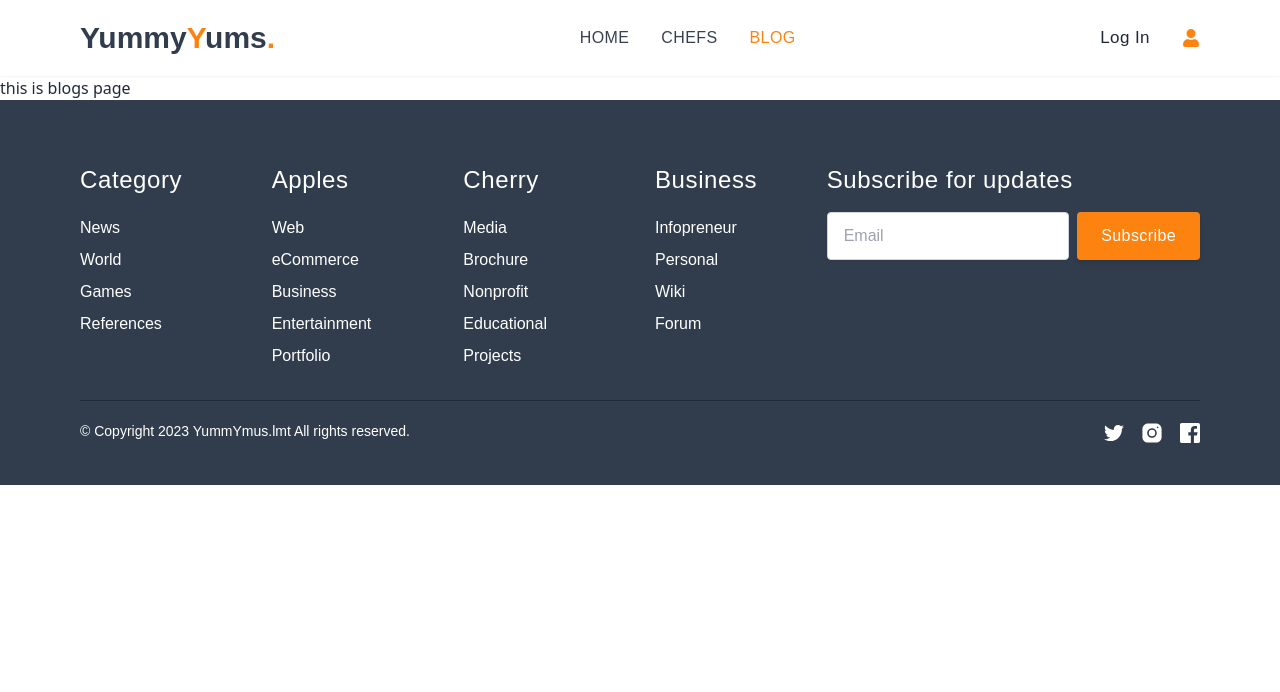
Repository: mdrubel02/yummy-yums-client
Page: /blog
The author's editor kept a copy of each file at every save. The page is drawn from the files as they stood at one save, then again after the next save.
The browser window is 1280 px wide. The pictures show the whole page.
The project was rebuilt for these pictures with package versions that can differ from the ones it lists, and the page was loaded fresh each time. Also part of the build but not shown: vite.config.js, src/Pages/Home/BannerItem.jsx, src/Pages/Home/Banner.jsx, src/Shared/SectionTitle/SectionTitle.jsx, src/Pages/Chefs/Chef.jsx, src/Pages/Chefs/Chefs.jsx, src/Pages/Home/categories.jsx, src/Pages/Home/Activities.jsx and 13 more.

Above is the page before, as saved 2023-05-04 21:00:18.

After the next save:
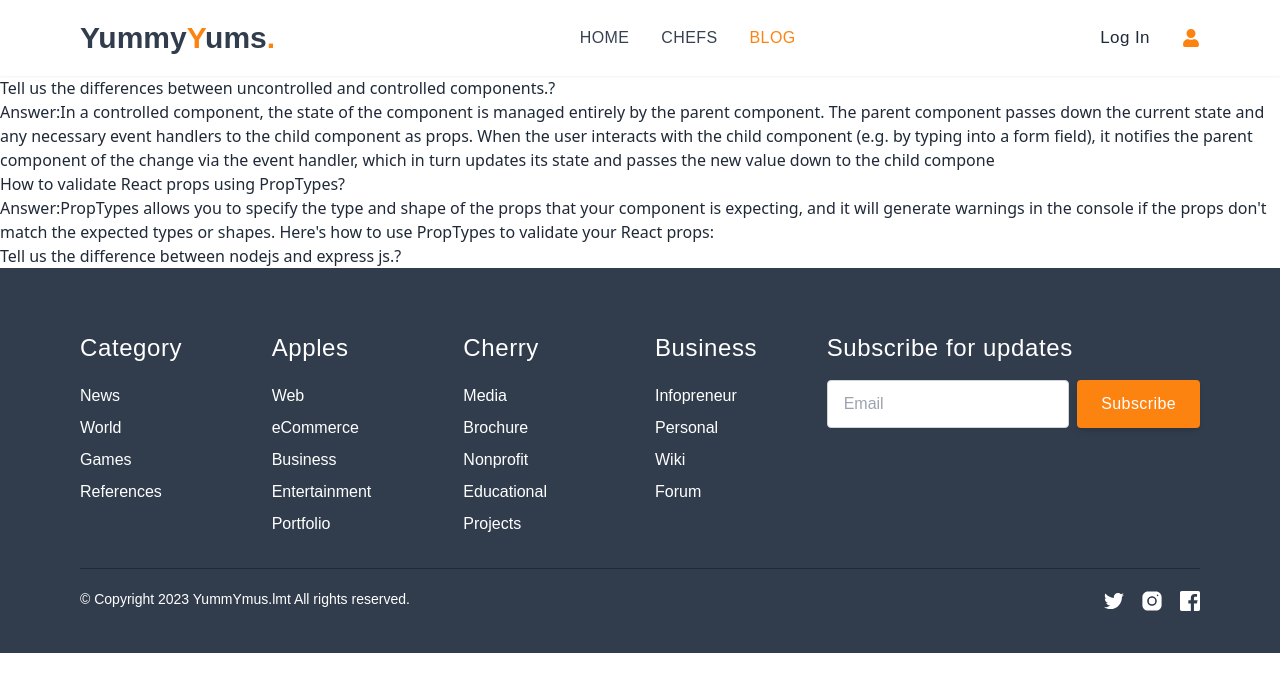
Saved 12 min 26 s later.
--- a/src/Pages/Blogs/Blogs.jsx
+++ b/src/Pages/Blogs/Blogs.jsx
@@ -2,9 +2,13 @@ import React from 'react';
 
 const Blogs = () => {
     return (
-        <div>
-            <h1>this is blogs page</h1>
-        </div>
+        <section className='container max-auto'>
+            <h2>Tell us the differences between uncontrolled and controlled components.?</h2>
+            <p>Answer:In a controlled component, the state of the component is managed entirely by the parent component. The parent component passes down the current state and any necessary event handlers to the child component as props. When the user interacts with the child component (e.g. by typing into a form field), it notifies the parent component of the change via the event handler, which in turn updates its state and passes the new value down to the child compone</p>
+            <h2>How to validate React props using PropTypes?</h2>
+            <p>Answer:PropTypes allows you to specify the type and shape of the props that your component is expecting, and it will generate warnings in the console if the props don't match the expected types or shapes. Here's how to use PropTypes to validate your React props:</p>
+            <h2>Tell us the difference between nodejs and express js.?</h2>
+        </section>
     );
 };
 
